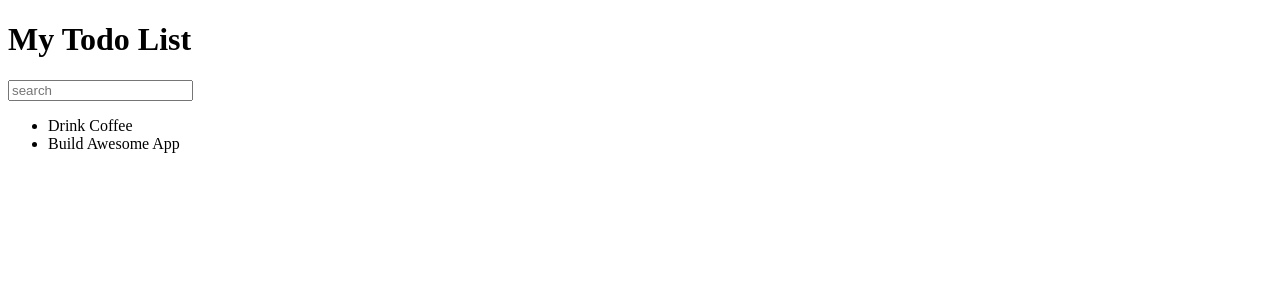
Repository: max535/react-todo-list
Page: /
These files come from the project's save history. The page is drawn as it stood at one moment and after the next save; the edit follows.
The browser window is 1280 px wide. The pictures show the whole page.
The project was rebuilt for these pictures with package versions that can differ from the ones it lists, and the page was loaded fresh each time.

Above is the page before, as saved 2022-01-15 21:02:46.

After the next save:
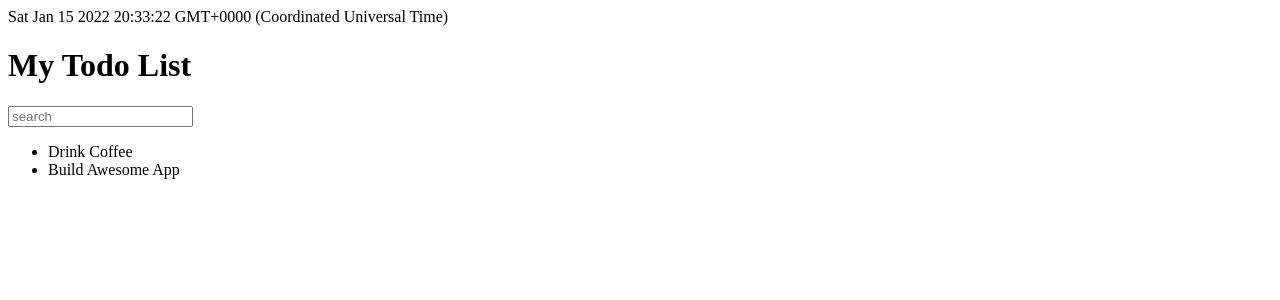
Saved 24 s later.
--- a/src/index.js
+++ b/src/index.js
@@ -23,6 +23,7 @@ const SearchPanel = () => {
 const App = () => {
     return (
         <div>
+            <span>{(new Date()).toString()}</span>
             <AppHeader />
             <SearchPanel />
             <ToddList />
